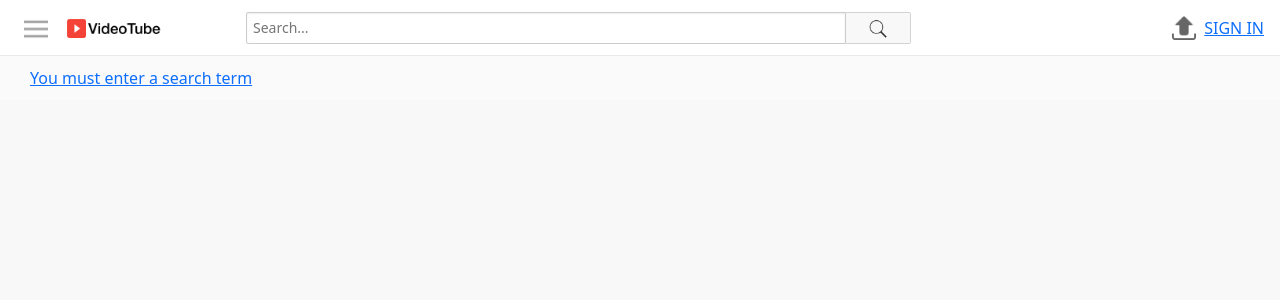
Repository: mohameddtalal/VideoTube
Page: http://localhost/search.php
These files come from the project's save history. The page is drawn as it stood at one moment and after the next save; the edit follows.
The browser window is 1280 px wide. The pictures show the whole page.
The page is run by PHP 8.4 with error messages shown; the project is at /var/www/html/.

Above is the page before, as saved 2026-04-25 17:58:21.

### search.php
<?php
require_once("includes/header.php");
require_once("includes/classes/SearchResultsProvider.php");

if(!isset($_GET["term"]) || $_GET["term"]==""){
    echo "You must enter a search term";
    exit();
}

$term=$_GET["term"];

if(!isset($_GET["orderBy"]) || $_GET["orderBy"]=="views"){
    $orderBy="views";
}
else{
    $orderBy="uploadDate";
}

$searchResultsProvider= new SearchResultsProvider($con ,$userLoggedInObj);
$videos= $searchResultsProvider->getVideos($term,$orderBy);

$videoGrid= new VideoGrid($con ,$userLoggedInObj);
?>

<div class="largeVideoGridContainer">
<?php

if(sizeof($videos)>0){
    echo $videoGrid ->createLarge($videos,sizeof($videos) . " results found" ,true);
}else{
    echo "No results found";
}



?>



</div>


















<?php
require_once("includes/footer.php")
?>

### includes/header.php
<?php require_once("includes/config.php");
require_once("includes/classes/Video.php");
require_once("includes/classes/User.php");
require_once("includes/classes/VideoGrid.php");
require_once("includes/classes/ButtonProvider.php");
require_once("includes/classes/VideoGridItem.php");
require_once("includes/classes/SubscriptionsProvider.php");

$usernameLoggedIn = User::isLoggedIn() ? $_SESSION["userLoggedIn"] : "";
$userLoggedInObj = new User($con, $usernameLoggedIn);


?>

<!DOCTYPE html>
<html>
    <head>
        <title>VideoTube</title>
        <link href="https://cdn.jsdelivr.net/npm/bootstrap@5.3.8/dist/css/bootstrap.min.css" rel="stylesheet" integrity="sha384-sRIl4kxILFvY47J16cr9ZwB07vP4J8+LH7qKQnuqkuIAvNWLzeN8tE5YBujZqJLB" crossorigin="anonymous">
        <link rel="stylesheet" type="text/css" href="assets/css/style.css">
        <script src="https://ajax.googleapis.com/ajax/libs/jquery/3.7.1/jquery.min.js"></script>
        <script src="https://cdn.jsdelivr.net/npm/@popperjs/core@2.11.8/dist/umd/popper.min.js" integrity="sha384-I7E8VVD/ismYTF4hNIPjVp/Zjvgyol6VFvRkX/vR+Vc4jQkC+hVqc2pM8ODewa9r" crossorigin="anonymous"></script>
        <script src="https://cdn.jsdelivr.net/npm/bootstrap@5.3.8/dist/js/bootstrap.min.js" integrity="sha384-G/EV+4j2dNv+tEPo3++6LCgdCROaejBqfUeNjuKAiuXbjrxilcCdDz6ZAVfHWe1Y" crossorigin="anonymous"></script>
        <script src="assets/js/commonActions.js"></script>
        <script src="assets/js/userActions.js"></script>
    </head>
    <body>
    <div id="pageContainer">

        <div id="mastHeadContainer">
            <button class="navShowHide">
                <img src="assets/images/icons/menu.png" >
            </button>
            <a class="logoContainer" href="index.php">
                <img src="assets/images/icons/VideoTubeLogo.png" title="logo" alt="Site logo">
            </a>
            <div class="searchBarContainer">
                <form action="search.php" method="GET">
                    <input type="text" class="searchBar" name="term" placeholder="Search...">
                    <button class="searchButton">
                        <img src="assets/images/icons/search.png">
                    </button>
                </form>
            </div>
            <div class="rightIcons">
                <a href="upload.php">
                    <img class="upload" src="assets/images/icons/upload.png">
                </a>
                <?php echo ButtonProvider::createUserProfileNavigationButton($con,$userLoggedInObj->getUsername());?>
            </div>
        </div>
        <div id="sideNavContainer" style="display: none;">

        </div>
        <div id="mainSectionContainer">
            <div id="mainContentContainer">

### includes/config.php
<?php
ob_start();    //turns on output buffering
session_start();

date_default_timezone_set("Africa/Cairo");
try{
    $con = new PDO("mysql:dbname=vediotube;host=localhost","root","");
    $con->setAttribute(PDO::ATTR_ERRMODE, PDO::ERRMODE_WARNING);
}
catch(PDOException $e){
    echo "Connection failed: " . $e->getMessage();
}


?>

### includes/classes/Video.php
<?php

class Video{

private $con, $sqlData ,$userLoggedInObj;
public function __construct($con,$input,$userLoggedInObj) {
    $this->con=$con;
    $this->userLoggedInObj=$userLoggedInObj;
    if(is_array($input)) {
        $this->sqlData = $input;
    }
    else {
        $query=$this->con->prepare("SELECT * FROM videos WHERE id=:id");
        $query->bindParam(":id",$input);
        $query->execute();

        $this->sqlData = $query->fetch(PDO::FETCH_ASSOC);
    }

}

public function getId() {
    return $this->sqlData["id"];
}

public function getUploadedBy() {
    return $this->sqlData["uploadedBy"];
}

public function getTitle() {
    return $this->sqlData["title"];
}

public function getDescription() {
    return $this->sqlData["description"];
}

public function getPrivacy() {
    return $this->sqlData["privacy"];
}
public function getFilePath() {
    return $this->sqlData["filePath"];
}

public function getCategory() {
    return $this->sqlData["category"];
}
public function getUploadDate() {
    $date= $this->sqlData["uploadDate"];
    return date("M j, Y",strtotime($date));
}

public function getTimeStamp() {
    $date= $this->sqlData["uploadDate"];
    return date("M jS, Y",strtotime($date));
}

public function getViews() {
    return $this->sqlData["views"];
}
public function getDuration() {
    return $this->sqlData["duration"];
}

public function incrementViews() {
    $query = $this->con->prepare("UPDATE videos SET views=views+1 WHERE id=:id");
    $videoId = $this->getId();
    $query->bindParam(":id", $videoId);
    $query->execute();

    $this->sqlData["views"] = $this->sqlData["views"] + 1;


}

public function getLikes() {
  $query = $this->con->prepare("SELECT COUNT(*) as 'count' FROM likes WHERE videoId=:videoId ");
    $videoId = $this->getId();
    $query->bindParam(":videoId", $videoId);
    $query->execute();
     $data=$query->fetch(PDO::FETCH_ASSOC);
    return $data["count"];
}

public function getDislikes() {
  $query = $this->con->prepare("SELECT COUNT(*) as 'count' FROM dislikes WHERE videoId=:videoId ");
    $videoId = $this->getId();
    $query->bindParam(":videoId", $videoId);
    $query->execute();
    $data=$query->fetch(PDO::FETCH_ASSOC);
    return $data["count"];
}

public function like() {
  $id=$this->getId();
 $username=$this->userLoggedInObj->getUsername();

  //check if it has liked before if it has then remove the like otherwise add the like
  if($this->wasLikedBy()) {
    $query=$this->con->prepare("DELETE FROM likes WHERE username=:username AND videoId=:videoId");

    $query->bindParam(":username", $username);
    $query->bindParam(":videoId", $id);
    $query->execute();
    $result=array(
        "likes"=>-1,
        "dislikes"=>0
    );
    return json_encode($result);
  }

  else {

    $query=$this->con->prepare("DELETE FROM dislikes WHERE username=:username AND videoId=:videoId");
    $query->bindParam(":username", $username);
    $query->bindParam(":videoId", $id);
    $query->execute();
    $count=$query->rowCount();



    $query=$this->con->prepare("INSERT INTO likes(username, videoId) VALUES(:username, :videoId)");
    $query->bindParam(":username", $username);
    $query->bindParam(":videoId", $id);
    $query->execute();

    $result=array(
        "likes"=>1,
        "dislikes"=>0-$count
    );
    return json_encode($result);
  }

}


public function wasLikedBy() {
    $id=$this->getId();
    $username=$this->userLoggedInObj->getUsername();

    $query = $this->con->prepare("SELECT * FROM likes WHERE username=:username AND videoId=:videoId");
    $query->bindParam(":username", $username);
    $query->bindParam(":videoId", $id);
    $query->execute();

    return $query->rowCount() > 0;
}

public function wasDislikedBy() {
    $id=$this->getId();
    $username=$this->userLoggedInObj->getUsername();

    $query = $this->con->prepare("SELECT * FROM dislikes WHERE username=:username AND videoId=:videoId");
    $query->bindParam(":username", $username);
    $query->bindParam(":videoId", $id);
    $query->execute();

    return $query->rowCount() > 0;
}

public function dislike() {
  $id=$this->getId();
 $username=$this->userLoggedInObj->getUsername();

  //check if it has disliked before if it has then remove the dislike otherwise add the dislike
  if($this->wasDislikedBy()) {
    $query=$this->con->prepare("DELETE FROM dislikes WHERE username=:username AND videoId=:videoId");

    $query->bindParam(":username", $username);
    $query->bindParam(":videoId", $id);
    $query->execute();
    $result=array(
        "likes"=>0,
        "dislikes"=>-1
    );
    return json_encode($result);
  }

  else {

    $query=$this->con->prepare("DELETE FROM likes WHERE username=:username AND videoId=:videoId");
    $query->bindParam(":username", $username);
    $query->bindParam(":videoId", $id);
    $query->execute();
    $count=$query->rowCount();



    $query=$this->con->prepare("INSERT INTO dislikes(username, videoId) VALUES(:username, :videoId)");
    $query->bindParam(":username", $username);
    $query->bindParam(":videoId", $id);
    $query->execute();

    $result=array(
        "likes"=>0-$count,
        "dislikes"=>1
    );
    return json_encode($result);
  }

}

public function getNumberOfComments(){
    $query = $this->con->prepare("SELECT * FROM comments WHERE videoId =:videoId");
    $id = $this->getId();
    $query->bindParam(":videoId" , $id);
    $query->execute();
    return $query -> rowCount();
}

public function getComments(){
    $query = $this->con->prepare("SELECT * FROM comments WHERE videoId =:videoId AND responseTo=0 ORDER BY  datePosted DESC");
    $id = $this->getId();
    $query->bindParam(":videoId" , $id);
    $query->execute();

    $comments=array();

    while($row=$query->fetch(PDO::FETCH_ASSOC)){
        $comment=new Comment($this->con,$row,$this->userLoggedInObj,$id);
        array_push($comments,$comment);
    }
    return $comments;

}

public function getThumbnail(){
    $query=$this->con->prepare("SELECT filePath FROM thumbnails WHERE videoId=:videoId AND selected=1");
    $videoId=$this->getId();
    $query->bindParam(":videoId",$videoId);
    $query->execute();

    return $query->fetchcolumn();


}

}
?>

### includes/classes/User.php
<?php
class User{

    private $con, $sqlData;

    public function __construct($con, $username){
        $this->con = $con;

        if(empty($username)) {
            $this->sqlData = [];
            return;
        }

        $query = $this->con->prepare("SELECT * FROM users WHERE username=:username");
        $query->bindParam(":username", $username);
        $query->execute();

        $result = $query->fetch(PDO::FETCH_ASSOC);
        $this->sqlData = $result ? $result : [];
    }

   public static function isLoggedIn() {
        return isset($_SESSION["userLoggedIn"]);
    }

   public function getUsername() {
        return $this->sqlData["username"] ?? null;
    }

    public function getFirstName(){
        return $this->sqlData["firstName"] ?? null;
    }

    public function getLastName(){
        return $this->sqlData["lastName"] ?? null;
    }

    public function getName(){
        return ($this->sqlData["firstName"] ?? "") . " " . ($this->sqlData["lastName"] ?? "");
    }

    public function getEmail(){
        return $this->sqlData["email"] ?? null;
    }

    public function getProfilePic(){
        return $this->sqlData["profilePic"] ?? null;
    }

    public function getSignUpDate(){
        return $this->sqlData["signUpDate"] ?? null;
    }
    public function isSubscribedTo($userTo){
        $query=$this->con->prepare("SELECT * FROM subscribers WHERE userTo =:userTo AND userFrom=:userFrom");
        $query->bindParam(":userTo" ,$userTo);
        $username=$this->getUsername();
        $query->bindParam(":userFrom" ,$username);
        $query->execute();
        return $query->rowCount ()>0;

    }
     public function getSubscriberCount(){
        $query=$this->con->prepare("SELECT * FROM subscribers WHERE userTo =:userTo ");
        $username=$this->getUsername();
        $query->bindParam(":userTo" ,$username);
        $query->execute();
        return $query->rowCount();

    }

    public function getSubscriptions(){
        $query=$this->con->prepare("SELECT userTo FROM subscribers WHERE userFrom=:userFrom");

        $username=$this->getUsername();
        $query->bindParam(":userFrom" ,$username);
        $query->execute();

        $subs=array();
        while($row=$query->fetch(PDO::FETCH_ASSOC)){
            $user=new User($this->con,$row["userTo"]);
            array_push($subs,$user);
        }
        return $subs;
    }
}
?>

### includes/classes/VideoGrid.php
<?php
class VideoGrid{

private $con,$userLoggedInObj;
private $largeMode=false;
private $gridClass="videoGrid";

public function __construct($con,$userLoggedInObj){
    $this->con=$con;
    $this->userLoggedInObj=$userLoggedInObj;

    }

public function create($videos,$title,$showFilter){

        if($videos==null){
            $gridItems=$this->genrateItems();
        }else{
             $gridItems=$this->generateItemsFromVideos($videos);

        }

        $header="";
        if($title !=null){
            $header =$this->createGridHeader($title,$showFilter);
        }

        return "$header
        <div class='$this->gridClass'>
                $gridItems

        </div>";
  }

  public function genrateItems(){
    $query=$this->con->prepare("SELECT * FROM videos ORDER BY RAND() LIMIT 15");
    $query->execute();

    $elementsHtml="";
    while($row =$query->fetch(PDO::FETCH_ASSOC)){
        $video =new Video($this->con,$row,$this->userLoggedInObj);
        $item=new VideoGridItem($video, $this->largeMode);
        $elementsHtml .=$item->create();
    }
    return $elementsHtml;

  }

 public function generateItemsFromVideos($videos){
    $elementsHtml="";
    foreach($videos as $video){
        $item= new VideoGridItem($video,$this->largeMode);
        $elementsHtml .= $item->create();
    }
    return $elementsHtml;
  }

  public function createGridHeader($title,$showFilter){
    $filter="";
    if($showFilter){
        $link="http://$_SERVER[HTTP_HOST]$_SERVER[REQUEST_URI]";

        $urlArray=parse_url($link);
        $query=$urlArray["query"];

        parse_str($query,$params);
        unset($params["orderBy"]);

        $newQuery=http_build_query($params);

        $newUrl =basename($_SERVER["PHP_SELF"])."?".$newQuery;

        $filter="<div class='right'>
                    <span>Order by:</span>
                    <a href='$newUrl&orderBy=uploadDate'>Upload date</a>
                    <a href='$newUrl&orderBy=views'>Most viewed</a>
                 </div>";
    }

    return "<div class='videoGridHeader'>
                <div class='left'>
                $title
                </div>
                $filter
            </div>";

  }

  public function createLarge($videos,$title,$showFilter){
    $this->gridClass .=" large";
    $this->largeMode =true;
    return $this->create($videos,$title,$showFilter);

  }
}


?>

### includes/classes/ButtonProvider.php
<?php
class ButtonProvider {

    public static $signInFunction = "notSignedIn()";

    public  static function createLink($link) {
        return User::isLoggedIn() ? $link :ButtonProvider::$signInFunction;
    }

    public static function createButton($text, $imageSrc, $action, $class) {

        $image=($imageSrc==null)? "": "<img src='$imageSrc'>";
        $action=ButtonProvider::createLink($action); //change action if user is not logged in
        //change action if needed
        return "<button class='$class' onclick='$action'>
                    $image
                    <span class='text'>$text</span>

                </button>";
    }
    public static function createHyperLinkButton($text, $imageSrc, $href, $class) {

        $image=($imageSrc==null)? "": "<img src='$imageSrc'>";

        return "<a href='$href'>
                <button class='$class'>
                    $image
                    <span class='text'>$text</span>

                </button>
                </a>";
    }
     public static function createUserProfileButton ($con,$username) {
    $userObj= new User($con,$username);
    $profilePic = $userObj -> getProfilePic();
    $link ="profile.php?username=$username";
    return "<a href='$link'>
              <img src='$profilePic' class='profilePicture'>

             </a>";

    }
    public static function createEditVideoButton($videoId){
        $href="editVideo.php?videoId=$videoId";
        $button=ButtonProvider::createHyperLinkButton("EDIT VIDEO" , null ,$href , "edit button");
        return "<div class='editVideoButtonContainer'>
                $button
       </div> ";
    }

    public static function createSubscriberButton($con,$userToObj,$userLoggedInObj){
        $userTo= $userToObj->getUsername();
        $userLoggedIn = $userLoggedInObj->getUsername();
        $isSubscribedTo=$userLoggedInObj->isSubscribedTo($userTo);
        $buttonText = $isSubscribedTo ? "SUBSCRIBED" : "SUBSCRIBE ";
        $buttonText .=" " . $userToObj->getSubscriberCount();

        $buttonClass = $isSubscribedTo? "unsubscribe button" : "subscribe button";
        $action = "subscribe(\"$userTo\",\"$userLoggedIn\",this)";

        $button = ButtonProvider :: createButton($buttonText , null ,$action,$buttonClass);
        return "<div class = 'subscribeButtonContainer'>

            $button
        </div>";
    }

    public static function createUserProfileNavigationButton($con,$username){
        if(User::isLoggedIn()){
            return ButtonProvider::createUserProfileButton($con,$username);
        }
        else{
            return "<a href='signIn.php'>
            <span class='signInLink'>SIGN IN </span>
            </div>";
        }

    }

}




?>

### includes/classes/VideoGridItem.php
<?php

class VideoGridItem{
    private $video,$largeMode;

    public function __construct($video,$largeMode)
    {
        $this->video=$video;
        $this->largeMode=$largeMode;

    }

    public function create(){
        $thumbnail=$this->createThumbnail();
        $details=$this->createDetails();
        $url="watch.php?id=" .$this->video->getId();

        return "<a href ='$url'>
                    <div class='videoGridItem'>
                    $thumbnail
                    $details
                    </div>
                </a>";
    }

    private function createThumbnail(){
        $thumbnail=$this->video->getThumbnail();
        $duration=$this->video->getduration();

        return "<div class='thumbnail'>
                <img src='$thumbnail'>
                 <div class='duration'>
                    <span>$duration</span>
                 </div>
        </div>";
    }

    private function createDetails(){
        $title=$this->video->getTitle();
        $username=$this->video->getUploadedBy();
        $views=$this->video->getViews();
        $description=$this->createDescreiption();
        $timestamp=$this->video->getTimeStamp();

        return "<div class='details'>
                    <h3 class='title'>$title</h3>
                    <span class='username'>$username</span>
                        <div class='stats'>
                            <span class='viewCount'>$views views- </span>
                            <span class='timeStamp'>$timestamp </span>
                        </div>
                        $description
        </div>";
    }

    private function createDescreiption(){
        if(!$this->largeMode){
            return "";

        }
        else{
            $description=$this->video->getDescription();
            $description=(strlen($description)>350) ? substr($description , 0 , 347) . "..." : $description;
            return "<span class='description'> $description </span>";

        }
    }


}




?>

### includes/classes/SubscriptionsProvider.php
<?php
class SubscriptionsProvider{

    private $con,$userLoggedInObj;
    public function __construct($con,$userLoggedInObj){
        $this->con=$con;
        $this->userLoggedInObj=$userLoggedInObj;
    }

    public function getVideos(){
        $videos=array();
        $subscriptions=$this->userLoggedInObj->getSubscriptions();

        if(sizeof($subscriptions)>0){
            //user1,user2,user3
            $condition="";
            $i=0;

            while($i<sizeof($subscriptions)){
                if($i==0){
                    $condition .= "WHERE uploadedBy=?";

                }
                else{
                    $condition .= " OR uploadedBy=?";
                }
                $i++;
            }

            $videoSql="SELECT * FROM videos $condition ORDER BY uploadDate DESC";
            $videoQuery=$this->con->prepare($videoSql);
            $i=1;
            foreach($subscriptions as $sub){
                $subUsername=$sub->getUsername();
                $videoQuery->bindValue($i,$subUsername);
                $i++;
            }
             $videoQuery->execute();
             while($row= $videoQuery->fetch(PDO::FETCH_ASSOC)){
                $video = new Video($this->con ,$row,$this->userLoggedInObj);
                array_push($videos,$video);
             }

        }
        return $videos;
    }
}


?>

### includes/classes/SearchResultsProvider.php
<?php
class SearchResultsProvider{
    private $con,$userLoggedInObj;

    public function __construct($con,$userLoggedInObj){
        $this->con=$con;
        $this->userLoggedInObj=$userLoggedInObj;
    }
    public function getVideos($term ,$orderBy){
            $query=$this->con->prepare("SELECT * FROM videos WHERE title LIKE CONCAT('%',:term,'%')
                                            OR uploadedBy LIKE CONCAT('%',:term,'%') ORDER BY $orderBy DESC");
            $query->bindParam(":term" ,$term);
            $query->execute();

            $videos=array();
            while($row =$query->fetch(PDO::FETCH_ASSOC)){
                $video= new Video($this->con ,$row ,$this->userLoggedInObj);
                array_push($videos,$video);
            }
            return $videos;

    }
}

?>

Loaded but not shown: assets/js/userActions.js (19 lines, source omitted); assets/js/commonActions.js (17 lines, source omitted); assets/css/style.css (684 lines, source omitted)

After the next save:
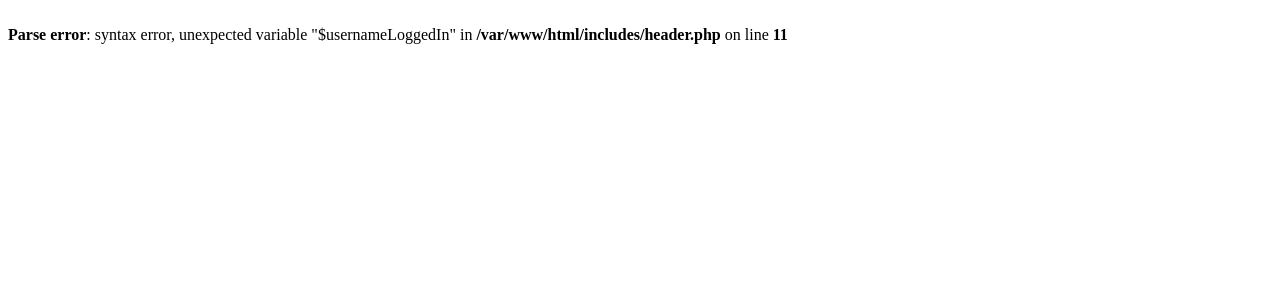
Saved 49 s later.
--- a/includes/header.php
+++ b/includes/header.php
@@ -5,6 +5,8 @@
 require_once("includes/classes/ButtonProvider.php");
 require_once("includes/classes/VideoGridItem.php");
 require_once("includes/classes/SubscriptionsProvider.php");
+
+session
 
 $usernameLoggedIn = User::isLoggedIn() ? $_SESSION["userLoggedIn"] : "";
 $userLoggedInObj = new User($con, $usernameLoggedIn);

After the save that followed:
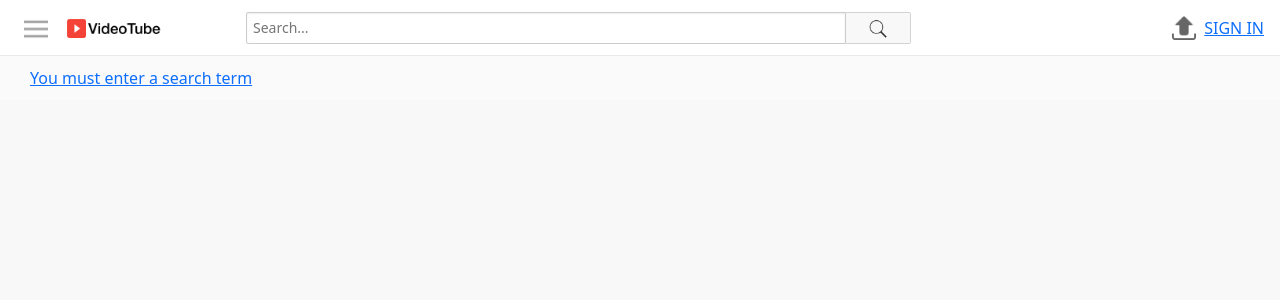
Saved 5 s later.
--- a/includes/header.php
+++ b/includes/header.php
@@ -6,7 +6,7 @@
 require_once("includes/classes/VideoGridItem.php");
 require_once("includes/classes/SubscriptionsProvider.php");
 
-session
+session_destroy();
 
 $usernameLoggedIn = User::isLoggedIn() ? $_SESSION["userLoggedIn"] : "";
 $userLoggedInObj = new User($con, $usernameLoggedIn);
